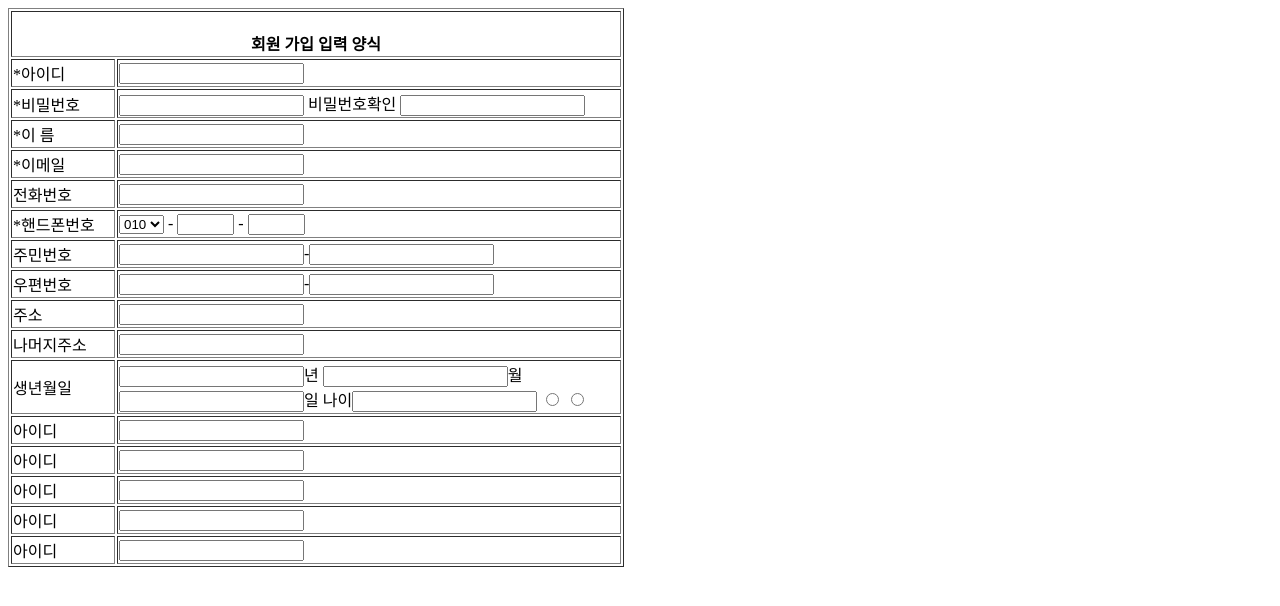
Repository: vkfkstptkd1/WebProgramming
Page: ch3_FormTag/WebContent/In_Form.html
These files come from the project's save history. The page is drawn as it stood at one moment and after the next save; the edit follows.
The browser window is 1280 px wide. The pictures show the whole page.

Above is the page before, as saved 2021-03-20 04:22:55.

After the next save:
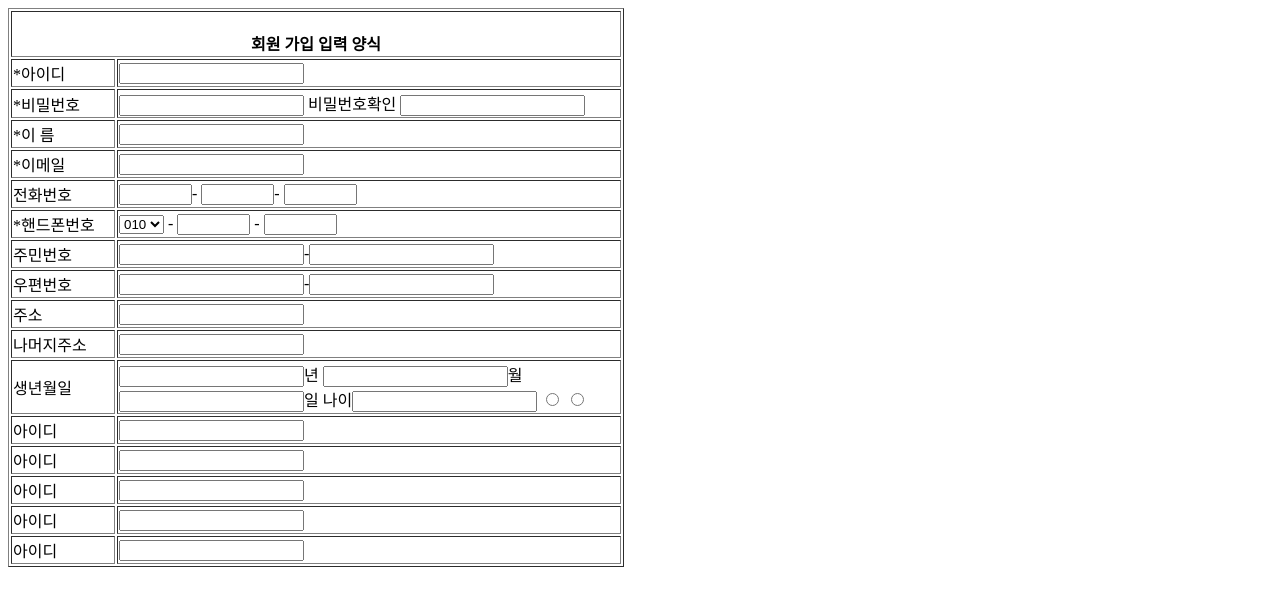
Saved 6 min 34 s later.
--- a/ch3_FormTag/WebContent/In_Form.html
+++ b/ch3_FormTag/WebContent/In_Form.html
@@ -22,7 +22,10 @@
 		<td> <input type="text" name="email"></td>
 	</tr>
 	<tr><td> 전화번호</td>
-		<td> <input type="text" name="homenumber"></td>
+		<td><input type="text" name="homenumber" size=6>-
+			<input type="text" name="homenumber" size=6>-
+			<input type="text" name="homenumber" size=6>
+		</td>
 	</tr>
 	<tr><td> *핸드폰번호</td>
 		<td>
@@ -32,9 +35,9 @@
 		<OPTION VALUE="012">012</OPTION>
 		</SELECT>
 		-
-		<input type="text" name="phonenumber2" size=4>
+		<input type="text" name="phonenumber2" size=6>
 		-
-		<input type="text" name="phonenumber3" size=4>
+		<input type="text" name="phonenumber3" size=6>
 		</td>
 	</tr>
 	<tr><td> 주민번호</td>
